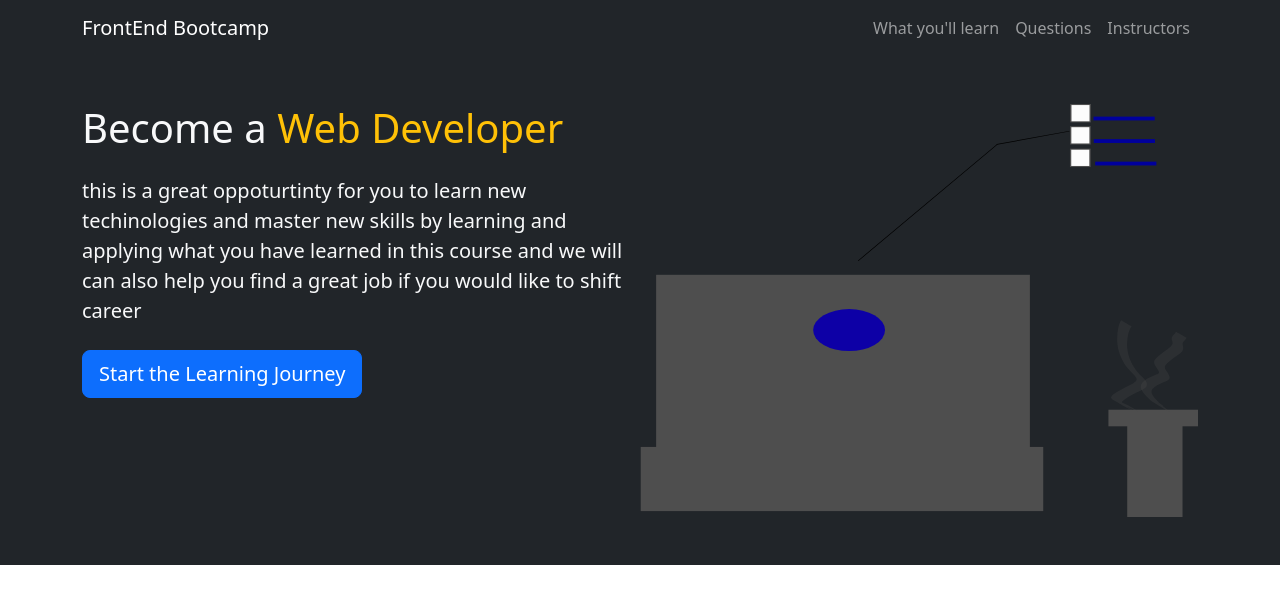
Repository: HaziimYassien/Front-End-BootCamp-__BootStrap-Project
Page: Front End BootCamp2/index.html
An editor plug-in stored every save of this project. The page is shown before and after the next save, followed by the edit.
The browser window is 1280 px wide. The pictures show the whole page.

Above is the page before, as saved 2024-01-12 02:23:39.

### Front End BootCamp2/index.html
<!DOCTYPE html>
<html lang="en">
  <head>
    <meta charset="utf-8" />
    <meta name="viewport" content="width=device-width, initial-scale=1" />
    <title>Frontend Bootcamp</title>
    <link
      href="https://cdn.jsdelivr.net/npm/bootstrap@5.3.2/dist/css/bootstrap.min.css"
      rel="stylesheet"
      integrity="sha384-T3c6CoIi6uLrA9TneNEoa7RxnatzjcDSCmG1MXxSR1GAsXEV/Dwwykc2MPK8M2HN"
      crossorigin="anonymous"
    />
    <link rel="stylesheet" href="style.css" />
  </head>
  <body>
    <!-- START _NavigationBar -->
    <nav class="navbar navbar-expand-lg bg-dark navbar-dark">
      <div class="container">
        <a href="#" class="navbar-brand">FrontEnd Bootcamp</a>
        <button
          class="navbar-toggler"
          type="button"
          data-bs-toggle="collapse"
          data-bs-target="#navmenu"
        >
          <span class="navbar-toggler-icon"></span>
        </button>
        <div class="collapse navbar-collapse" id="navmenu">
          <ul class="navbar-nav ms-auto">
            <li class="nav-item">
              <a href="#learn" class="nav-link">What you'll learn</a>
            </li>
            <li class="nav-item">
              <a href="#questions" class="nav-link">Questions</a>
            </li>
            <li class="nav-item">
              <a href="#instructors" class="nav-link">Instructors</a>
            </li>
          </ul>
        </div>
      </div>
    </nav>
    <!-- END _NavigationBar -->

    <!-- START _ShowCase -->
    <section class="bg-dark text-light p-5 text-center text-sm-start">
      <div class="container">
        <div class="d-sm-flex ">
          <div>
            <h1>Become a <span class="text-warning"> Web Developer</span></h1>
            <p class="lead my-4">
              this is a great oppoturtinty for you to learn new techinologies
              and master new skills by learning and applying what you have
              learned in this course and we will can also help you find a great
              job if you would like to shift career
            </p>
            <button class="btn btn-primary btn-lg">
              Start the Learning Journey
            </button>
          </div>
          <img
            class="img-fluid w-50 h-50 d-none d-sm-block"
            src="img/FirstImage_BootCampProject.svg"
            alt=""
          />
        </div>
      </div>
    </section>
    <script
      src="https://cdn.jsdelivr.net/npm/bootstrap@5.3.2/dist/js/bootstrap.bundle.min.js"
      integrity="sha384-C6RzsynM9kWDrMNeT87bh95OGNyZPhcTNXj1NW7RuBCsyN/o0jlpcV8Qyq46cDfL"
      crossorigin="anonymous"
    ></script>
  </body>
</html>

Loaded but not shown: Front End BootCamp2/style.css (no copy from this time; the picture is the same without it)

After the next save:
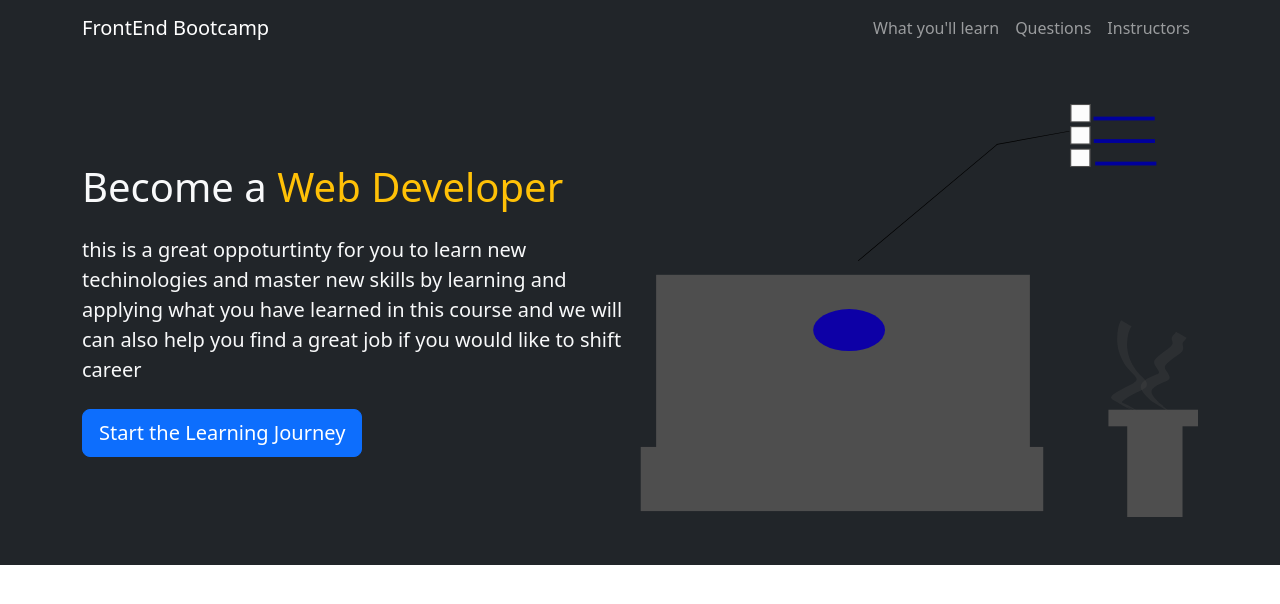
Saved 12 s later.
--- a/Front End BootCamp2/index.html
+++ b/Front End BootCamp2/index.html
@@ -45,7 +45,7 @@
     <!-- START _ShowCase -->
     <section class="bg-dark text-light p-5 text-center text-sm-start">
       <div class="container">
-        <div class="d-sm-flex ">
+        <div class="d-sm-flex align-items-center">
           <div>
             <h1>Become a <span class="text-warning"> Web Developer</span></h1>
             <p class="lead my-4">
